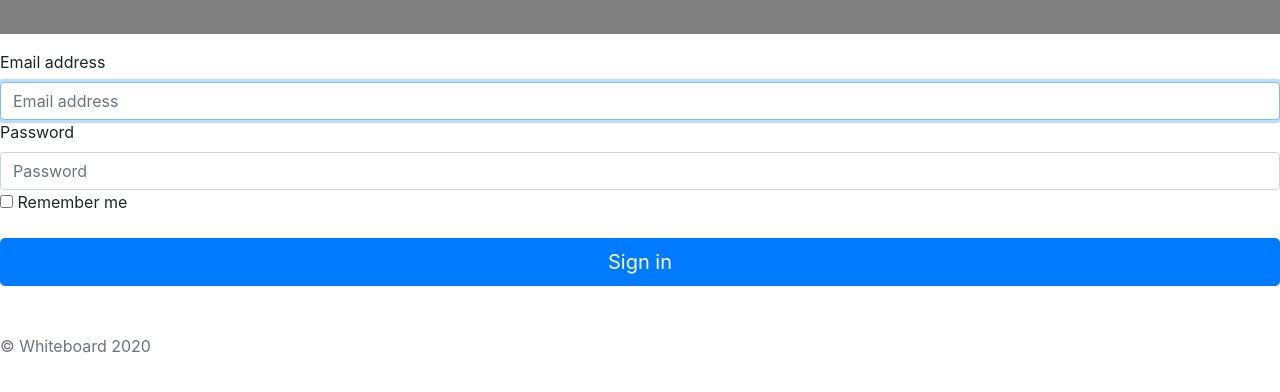
Repository: tinawu0603/cs4550-sp2020-whiteboard-springboot
Page: whiteboard/src/main/webapp/login/login.template.client.html
The author's editor kept a copy of each file at every save. The page is drawn from the files as they stood at one save, then again after a run of saves.
The browser window is 1280 px wide. The pictures show the whole page.

Above is the page before, as saved 2020-01-15 22:18:14.

### whiteboard/src/main/webapp/login/login.template.client.html
<!DOCTYPE html>
<html>
<head>
<meta charset="ISO-8859-1">
<title>Login</title>
<link
	href="https://stackpath.bootstrapcdn.com/bootstrap/4.4.1/css/bootstrap.min.css"
	rel="stylesheet"
/>
<link href="../css/styles.css" rel="stylesheet" />
</head>
<body>
	<form class="form-signin">
		<h1 class="h3 mb-3 font-weight-normal">Sign In</h1>
		<label for="inputEmail">Email address</label>
		<input type="email" id="inputEmail" class="form-control"
			placeholder="Email address" required="" autofocus=""
		>
		<label for="inputPassword">Password</label>
		<input type="password" id="inputPassword" class="form-control"
			placeholder="Password" required=""
		>
		<div class="checkbox mb-3">
			<label>
				<input type="checkbox" value="remember-me">
				Remember me
			</label>
		</div>
		<button class="btn btn-lg btn-primary btn-block" type="submit">Sign
			in</button>
		<p class="mt-5 mb-3 text-muted">© Whiteboard 2020</p>
	</form>

</body>
</html>

### whiteboard/src/main/webapp/css/styles.css
@charset "ISO-8859-1";

h1 {
	color: gray;
	background-color: gray;
}

After the next 3 saves:
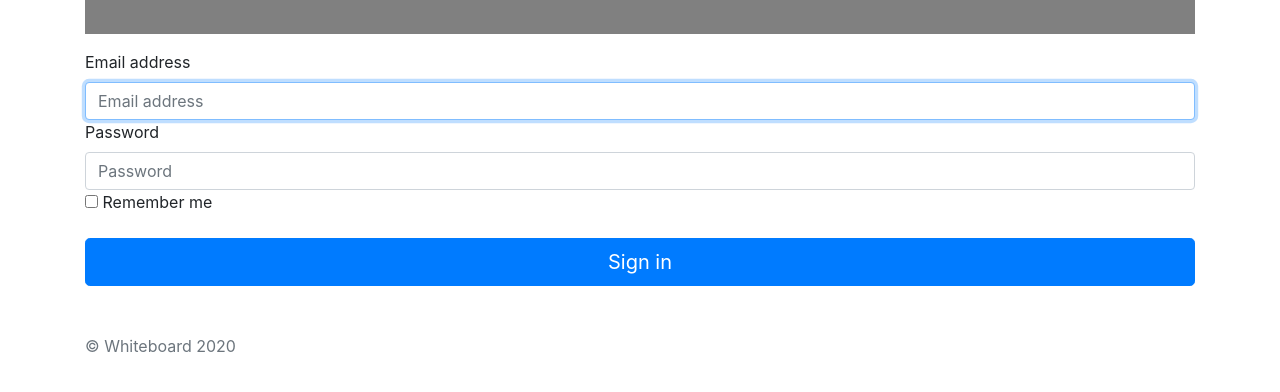
The 3 saves are shown as one change because they came seconds apart.
The last was saved 2 min 41 s later.
--- a/whiteboard/src/main/webapp/login/login.template.client.html
+++ b/whiteboard/src/main/webapp/login/login.template.client.html
@@ -10,26 +10,27 @@
 <link href="../css/styles.css" rel="stylesheet" />
 </head>
 <body>
-	<form class="form-signin">
-		<h1 class="h3 mb-3 font-weight-normal">Sign In</h1>
-		<label for="inputEmail">Email address</label>
-		<input type="email" id="inputEmail" class="form-control"
-			placeholder="Email address" required="" autofocus=""
-		>
-		<label for="inputPassword">Password</label>
-		<input type="password" id="inputPassword" class="form-control"
-			placeholder="Password" required=""
-		>
-		<div class="checkbox mb-3">
-			<label>
-				<input type="checkbox" value="remember-me">
-				Remember me
-			</label>
-		</div>
-		<button class="btn btn-lg btn-primary btn-block" type="submit">Sign
-			in</button>
-		<p class="mt-5 mb-3 text-muted">© Whiteboard 2020</p>
-	</form>
-
+	<div class="container">
+		<form class="form-signin">
+			<h1 class="h3 mb-3 font-weight-normal">Sign In</h1>
+			<label for="inputEmail">Email address</label>
+			<input type="email" id="inputEmail" class="form-control"
+				placeholder="Email address" required="" autofocus=""
+			>
+			<label for="inputPassword">Password</label>
+			<input type="password" id="inputPassword" class="form-control"
+				placeholder="Password" required=""
+			>
+			<div class="checkbox mb-3">
+				<label>
+					<input type="checkbox" value="remember-me">
+					Remember me
+				</label>
+			</div>
+			<button class="btn btn-lg btn-primary btn-block" type="submit">Sign
+				in</button>
+			<p class="mt-5 mb-3 text-muted">© Whiteboard 2020</p>
+		</form>
+	</div>
 </body>
 </html>
